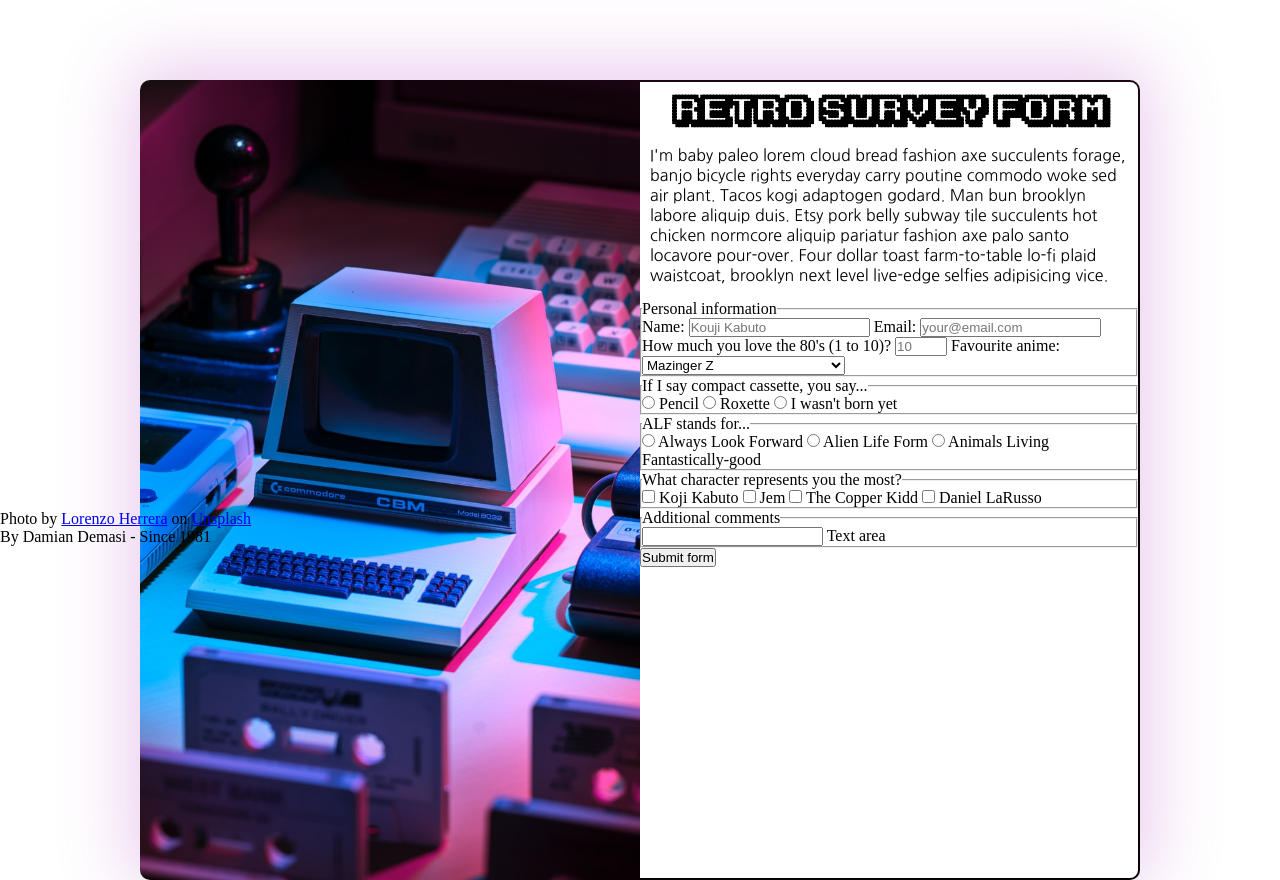
Repository: Colo-Codes/freecodecamp-02-Build-a-Survey-Form
Page: index.html
The author's editor kept a copy of each file at every save. The page is drawn from the files as they stood at one save, then again after the next save.
The browser window is 1280 px wide. The pictures show the whole page.

Above is the page before, as saved 2021-05-18 17:29:53.

### index.html
<!DOCTYPE html>
<html lang="en">

<head>
    <meta charset="UTF-8">
    <meta http-equiv="X-UA-Compatible" content="IE=edge">
    <meta name="viewport" content="width=device-width, initial-scale=1.0">
    <link rel="stylesheet" href="./resources/css/index.css" type="text/css">
    <link rel="preconnect" href="https://fonts.gstatic.com">
    <link href="https://fonts.googleapis.com/css2?family=Nanum+Gothic:wght@400;800&display=swap" rel="stylesheet">
    <title>Retro Survey Form</title>
</head>

<body>
    <main id="grid-container">
        <header>
            <h1 id="title">Retro Survey Form</h1>
            <p id="description">I'm baby paleo lorem cloud bread fashion axe succulents forage, banjo bicycle rights
                everyday carry poutine commodo woke sed air plant. Tacos kogi adaptogen godard. Man bun brooklyn labore
                aliquip duis. Etsy pork belly subway tile succulents hot chicken normcore aliquip pariatur fashion axe
                palo santo locavore pour-over. Four dollar toast farm-to-table lo-fi plaid waistcoat, brooklyn next
                level live-edge selfies adipisicing vice.</p>
        </header>
        <section>
            <form action="#" id="survey-form" method="POST">
                <fieldset>
                    <legend>Personal information</legend>
                    <label for="name" id="name-label">
                        Name: <input type="text" id="name" placeholder="Kouji Kabuto" required>
                    </label>
                    <label for="email" id="email-label">
                        Email: <input type="email" id="email" placeholder="your@email.com" required> <!-- validate -->
                    </label>
                    <label for="number" id="number-label">
                        How much you love the 80's (1 to 10)? <input type="number" id="number" placeholder="10" min="1"
                            max="10" required>
                    </label>
                    <label for=""> Favourite anime:
                        <select name="" id="dropdown">
                            <option value="mazinger-z">Mazinger Z</option>
                            <option value="macross-robotech">Macross (Robotech)</option>
                            <option value="crusher-joe">Crusher Joe</option>
                            <option value="momo">Magical Princess Minky Momo</option>
                            <option value="gundam">Mobile Suit Zeta Gundam</option>
                            <option value="dragon-ball">Dragon Ball</option>
                            <option value="galactic-heroes">Legend of the Galactic Heroes</option>
                        </select>
                    </label>
                </fieldset>

                <fieldset>
                    <legend>If I say compact cassette, you say...</legend>
                    <label for="pencil">
                        <input type="radio" name="cassette-match" value="pencil" id="pencil"> Pencil
                    </label>
                    <label for="roxette">
                        <input type="radio" name="cassette-match" value="roxette" id="roxette"> Roxette
                    </label>
                    <label for="not-born">
                        <input type="radio" name="cassette-match" value="not-born" id="not-born"> I wasn't born yet
                    </label>
                </fieldset>
                <fieldset>
                    <legend>ALF stands for...</legend>
                    <label for="always">
                        <input type="radio" name="alf" value="always" id="always"> Always Look Forward
                    </label>
                    <label for="alien">
                        <input type="radio" name="alf" value="alien" id="alien"> Alien Life Form
                    </label>
                    <label for="animals">
                        <input type="radio" name="alf" value="animals" id="animals"> Animals Living Fantastically-good
                    </label>
                </fieldset>
                <fieldset>
                    <legend>What character represents you the most?</legend>
                    <label for="koji">
                        <input type="checkbox" name="character" value="koji" id="koji"> Koji Kabuto
                    </label>
                    <label for="jem">
                        <input type="checkbox" name="character" value="jem" id="jem"> Jem
                    </label>
                    <label for="copper">
                        <input type="checkbox" name="character" value="copper" id="copper"> The Copper Kidd
                    </label>
                    <label for="larusso">
                        <input type="checkbox" name="character" value="larusso" id="larusso"> Daniel LaRusso
                    </label>
                </fieldset>
                <fieldset>
                    <legend>Additional comments</legend>
                    <label for="">
                        <input type="textarea"> Text area
                    </label>
                </fieldset>
                <input type="submit" value="Submit form">
            </form>
        </section>
        <div id="main-image" role="img" aria-label="Retro computers and devices from the 80's under a blue and violet light"></div>
    </main>
    <div id="glow-1"></div>
    <div id="glow-2"></div>
    <footer>
        <p>Photo by <a href="https://unsplash.com/@lorenzoherrera?utm_source=unsplash&utm_medium=referral&utm_content=creditCopyText">Lorenzo Herrera</a> on <a href="https://unsplash.com/?utm_source=unsplash&utm_medium=referral&utm_content=creditCopyText">Unsplash</a></p>
        <p>By Damian Demasi - Since 1981</p>

    </footer>
</body>

</html>

### resources/css/index.css
@font-face {
    font-family: 'Karmatic Arcade';
    src: url("../fonts/ka1.ttf");
    font-weight: normal;
    font-style: normal;
}
/* Initial reset */
html {
    box-sizing: border-box;
    font-size: 16px;
}
*, *:before, *:after {
    box-sizing: inherit;
    margin: 0;
    padding: 0;
    /*outline: 1px dashed blue; /* Debugging purposes */
}
/* Grid */
#grid-container {
    width: 1000px; /* TODO media query */
    height: 800px; /* TODO media query */
    display: grid;
    flex-direction: row;
    margin: 5rem auto 50px auto;
    border-radius: 10px;
    /* border: 1px solid red; */
    grid-template: 220px 1fr / 1fr 1fr;
    box-shadow: 0px -5px 70px 10px rgba(181, 83, 196, .3);

}
#main-image {
    background-image: url(../img/lorenzo-herrera-p0j-mE6mGo4-unsplash.jpg);
    background-repeat: no-repeat;
    background-position: 50%;
    background-size: cover;
    order: -1;
    grid-area: 1 / 1 / 3 / 2; /* the whole left column */
    border-radius: 10px 0 0 10px;
}
header {
    background-color: white;
    grid-area: 1 / 2 / 2 / 3; /* top right */
    border-radius: 0 10px 0 0;
    border-top: 2px solid rgb(26, 6, 18);
    border-right: 2px solid rgb(26, 6, 18);

}
section {
    background-color: white;
    grid-area: 2 / 2 / 3 / 3; /* top right */
    border-radius: 0 0 10px 0;
    border-bottom: 2px solid rgb(10, 1, 4);
    border-right: 2px solid rgb(10, 1, 4);
}
/* Form */
h1 {
    margin-top: 10px;
    font-family: "Karmatic Arcade", sans-serif;
    text-align: center;
}
header p {
    padding: 1em 10px 1em 10px;
    font-family: 'Nanum Gothic', sans-serif;
}
/* Glow */
#glow-1 {
    width: 850px; /* TODO media query */
    display: block;
    margin: -60px auto;
    border-color: transparent;
    color: transparent;
    box-shadow: 0px 40px 80px 10px #0ff;
}
#glow-2 {
    display: block;
    margin: -360px auto;
    border-color: transparent;
    color: transparent;
    box-shadow: 0px 80px 80px 20px rgba(181, 83, 196, .8);
    width: 650px;
    height: 300px;
    /* background: white; */
    -moz-border-radius: 100px / 50px;
    -webkit-border-radius: 100px / 50px;
    border-radius: 350px / 200px;
}

After the next save:
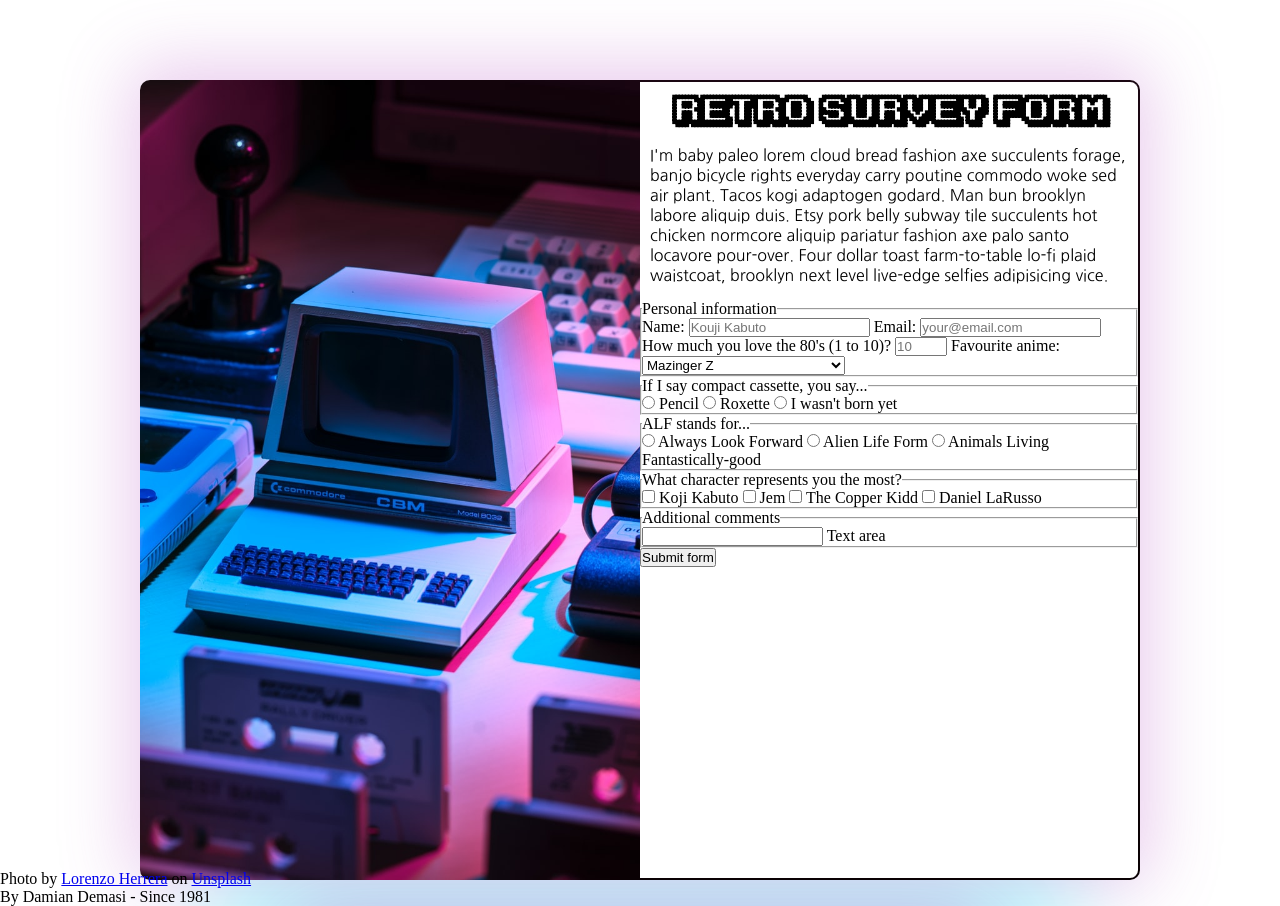
Saved 37 s later.
--- a/resources/css/index.css
+++ b/resources/css/index.css
@@ -72,15 +72,10 @@ header p {
     box-shadow: 0px 40px 80px 10px #0ff;
 }
 #glow-2 {
+    width: 650px; /* TODO media query */
     display: block;
-    margin: -360px auto;
+    margin: -60px auto;
     border-color: transparent;
     color: transparent;
     box-shadow: 0px 80px 80px 20px rgba(181, 83, 196, .8);
-    width: 650px;
-    height: 300px;
-    /* background: white; */
-    -moz-border-radius: 100px / 50px;
-    -webkit-border-radius: 100px / 50px;
-    border-radius: 350px / 200px;
 }
